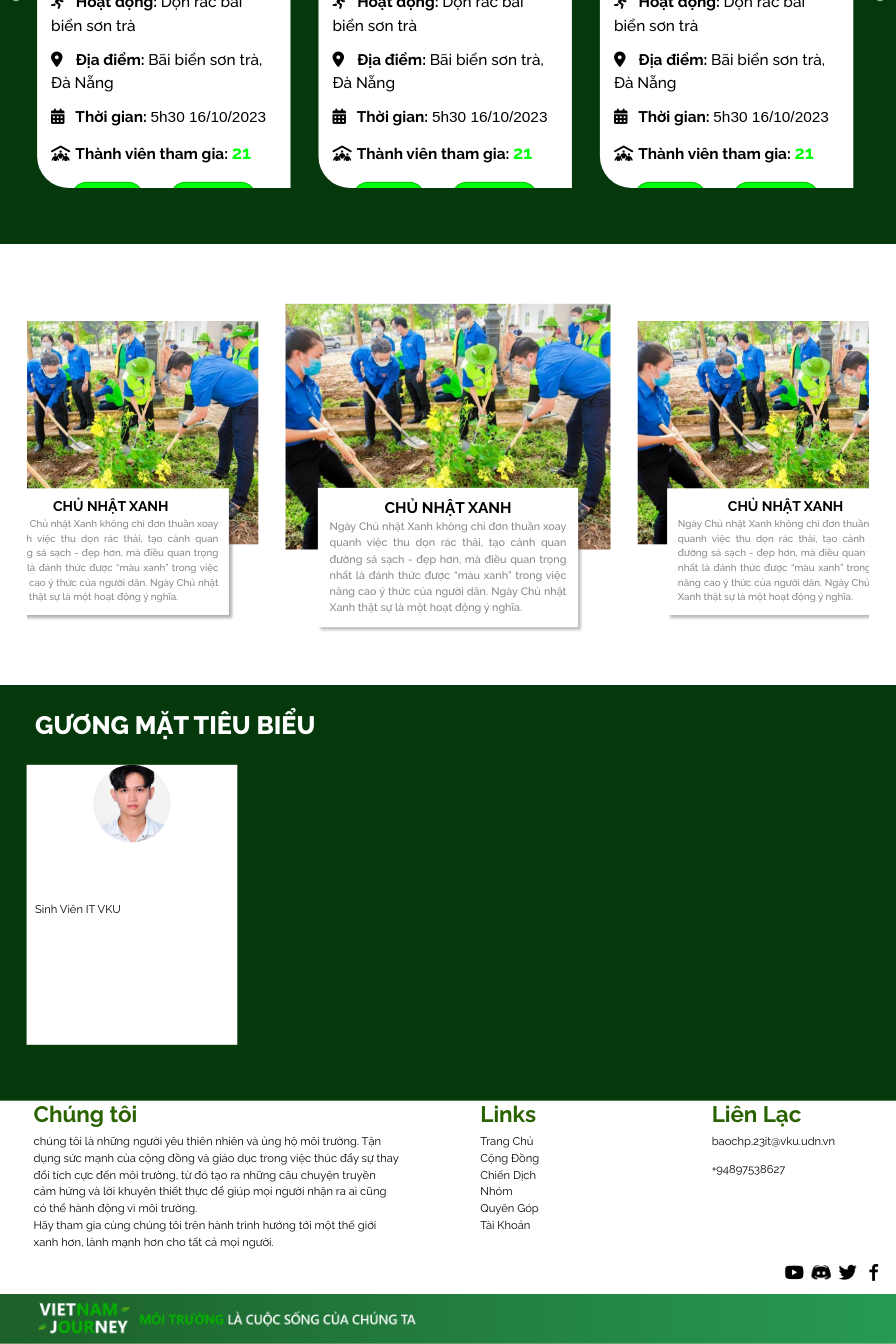
Repository: Boima12/Boima12.github.io_VietnamJourney
Page: HTML/ChienDich/ChienDich.html
These files come from the project's save history. The page is drawn as it stood at one moment and after a run of saves; the edit follows.
The browser window is 1280 px wide. The pictures show the part of the page from y = 2741 to 4661 px (the page is 4661 px tall before and 4285 px after), at 70% of full size.

Above is the page before, as saved 2024-05-25 13:12:55.

After the next 2 saves:
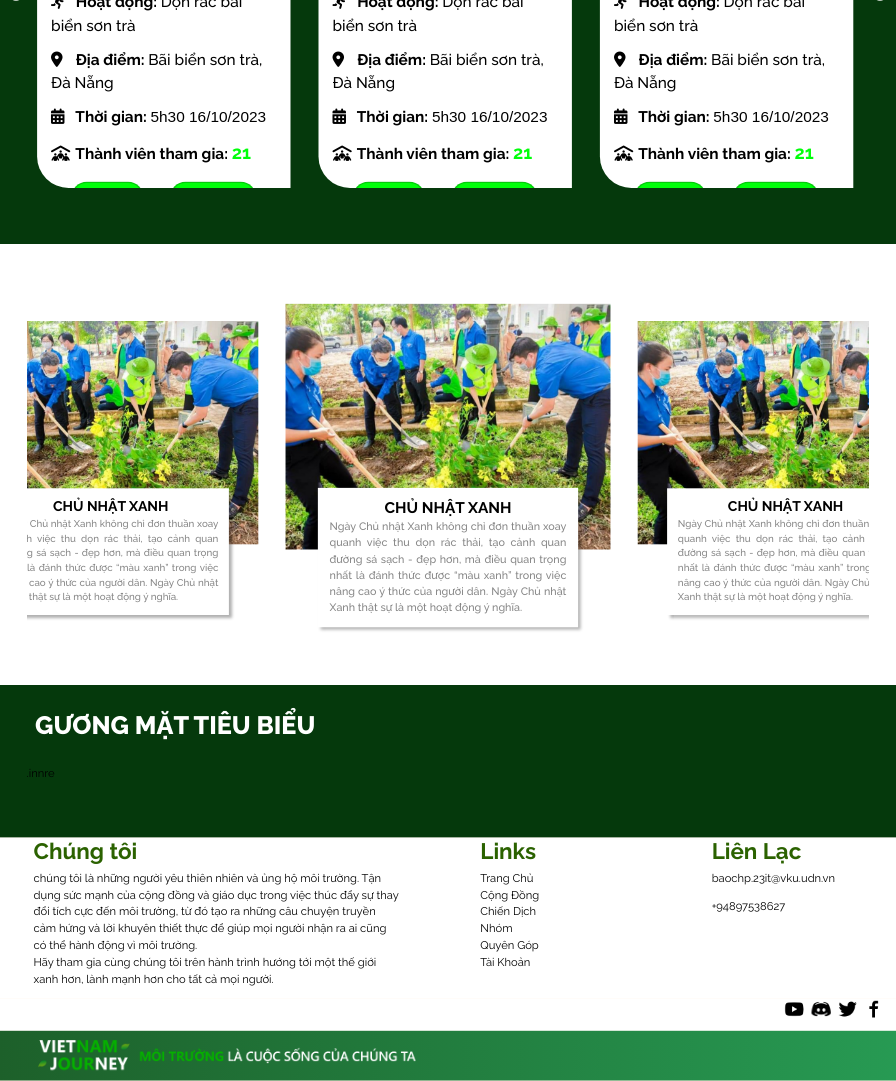
The 2 saves are shown as one change because they came seconds apart.
The last was saved 7 s later.
--- a/HTML/ChienDich/ChienDich.html
+++ b/HTML/ChienDich/ChienDich.html
@@ -417,11 +417,7 @@
                 GƯƠNG MẶT TIÊU BIỂU
             </div>
             <div class="row">
-                <div class="item col-xl-3  col-lg-3 col-md-6 col-sm-6 col-12">
-                    <img src="./images/ảnh thẻ.jpg" alt="">
-                    <div class="title">Dương Đính</div>
-                    <div class="desc">Sinh Viên IT VKU</div>
-                </div>
+                .innre
             </div>
         </div>
     </div>
